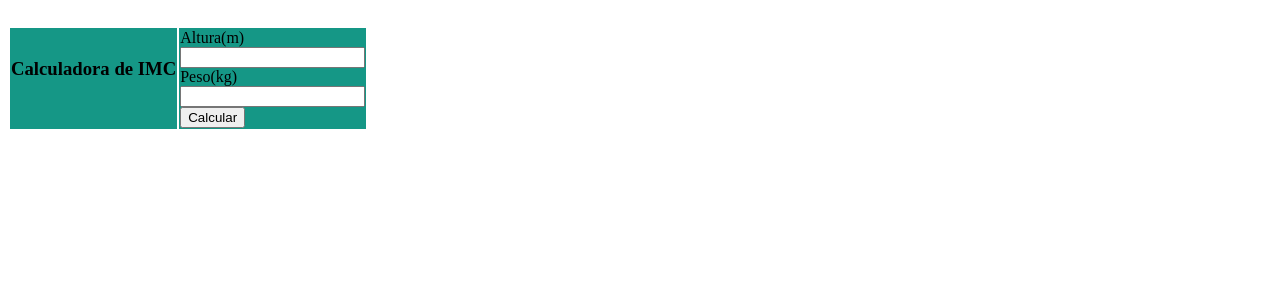
Repository: Patriciamativi/Projetos
Page: index.html
These files come from the project's save history. The page is drawn as it stood at one moment and after a run of saves; the edit follows.
The browser window is 1280 px wide. The pictures show the whole page.

Above is the page before, as saved 2022-11-21 14:31:43.

### index.html
<html>
    <head>
        <title>Calculadora de IMC</title>
        <meta charset="utf-8"/>

        <style type="text/css">
            tr {
                background-color: rgb(21, 151, 134);
            }
            td {

                background-color: rgb(21, 151, 134);
            }
        </style>
    </head>
<table border="0">
    <body>

        <tr>
            <th><h3>Calculadora de IMC</h3></th><br>
            <td>Altura(m)<br/>
            <input type: "number" > </br>
            Peso(kg)<br/>
            <input type: "number" > </br>
            <input type= "submit" value="Calcular"></td>
        </tr>
    </table>
</body>
</html>

After the next 2 saves:
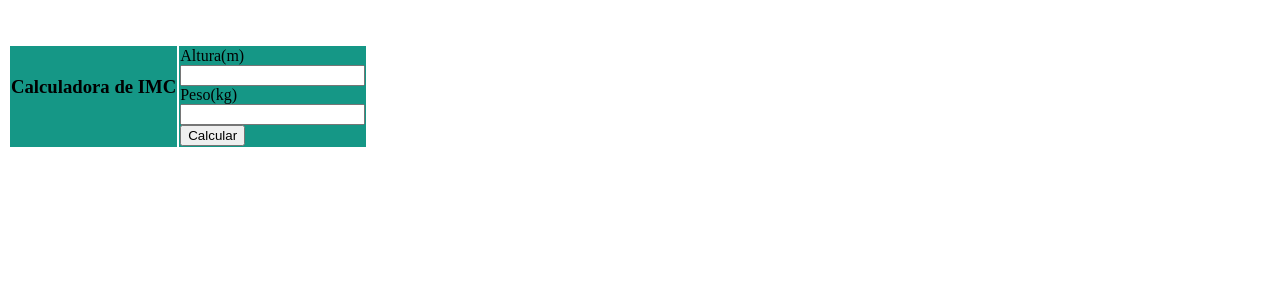
The 2 saves are shown as one change because they came seconds apart.
The last was saved 19 s later.
--- a/index.html
+++ b/index.html
@@ -16,8 +16,8 @@
 <table border="0">
     <body>
 
-        <tr>
-            <th><h3>Calculadora de IMC</h3></th><br>
+        <br>
+            <th><h3>Calculadora de IMC</h3></th></br>
             <td>Altura(m)<br/>
             <input type: "number" > </br>
             Peso(kg)<br/>

After the save that followed:
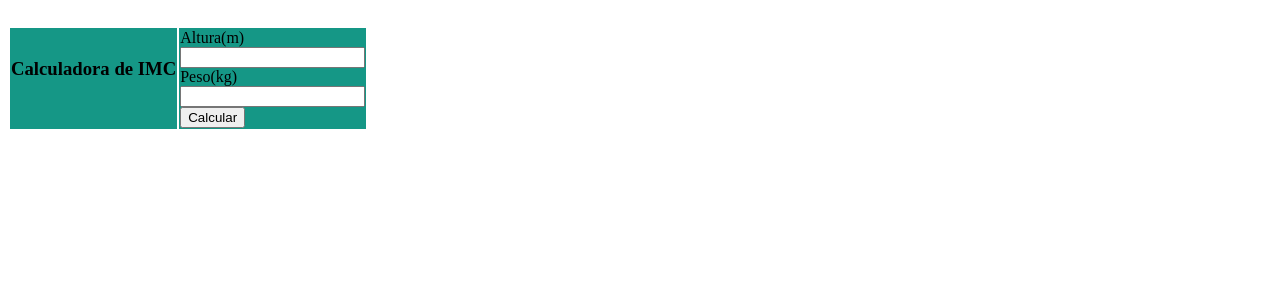
Saved 15 s later.
--- a/index.html
+++ b/index.html
@@ -16,7 +16,6 @@
 <table border="0">
     <body>
 
-        <br>
             <th><h3>Calculadora de IMC</h3></th></br>
             <td>Altura(m)<br/>
             <input type: "number" > </br>
